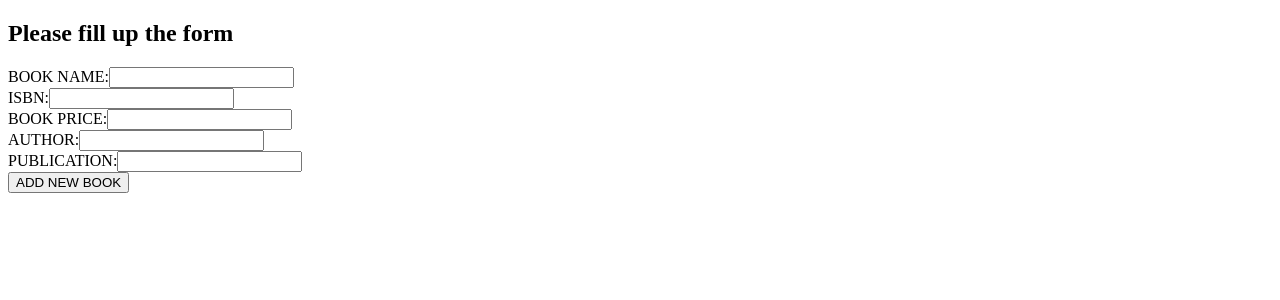
Repository: ShashantNagpure/AllProjects
Page: http://localhost/BookApplication/addBook.jsp
An editor plug-in stored every save of this project. The page is shown before and after a run of saves, followed by the edit.
The browser window is 1280 px wide. The pictures show the whole page.
The page is served by Tomcat 9.

Above is the page before, as saved 2018-09-18 06:02:30.

After the next 2 saves:
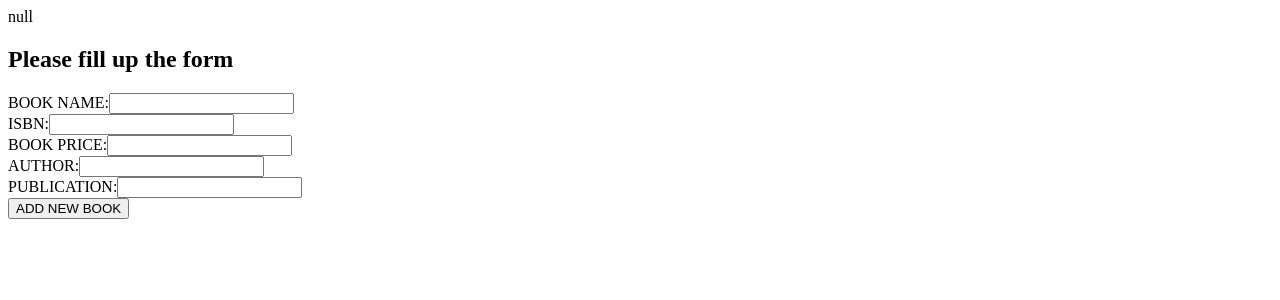
The 2 saves are shown as one change because they came seconds apart.
The last was saved 46 s later.
--- a/BookApplication/WebContent/addBook.jsp
+++ b/BookApplication/WebContent/addBook.jsp
@@ -9,7 +9,7 @@
 <body>
 <%
 String message=(String)request.getAttribute("mymessage");
-
+out.println(message+"<br>");
 
 %>
 <H2>Please fill up the form</H2>
